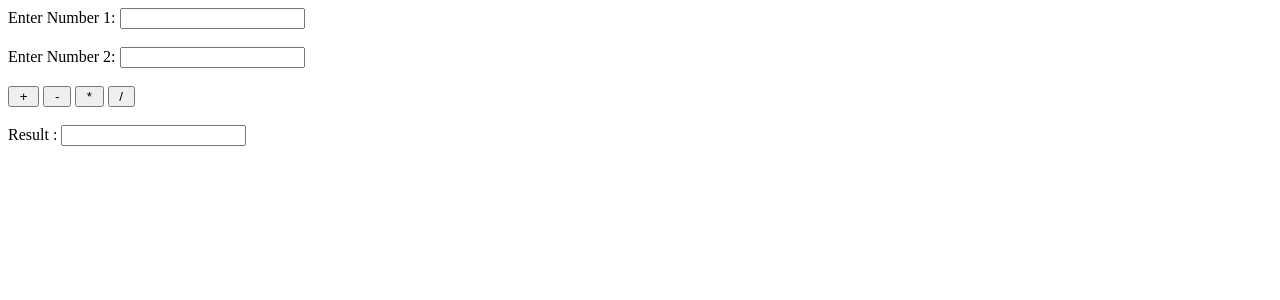
Repository: nyeinsu4520/coursera-test
Page: http://localhost/J2P_J2EE/calculate.jsp
An editor plug-in stored every save of this project. The page is shown before and after a run of saves, followed by the edit.
The browser window is 1280 px wide. The pictures show the whole page.
The page is served by Tomcat 9.

Above is the page before, as saved 2024-05-26 11:35:23.

After the next 2 saves:
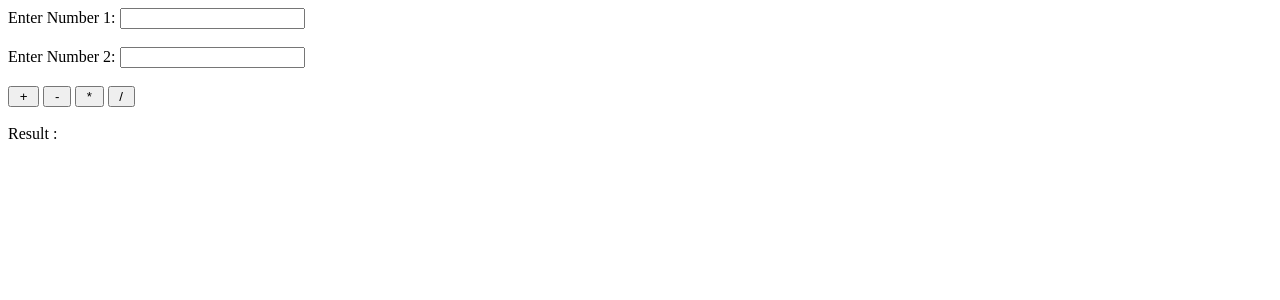
The 2 saves are shown as one change because 1 did not build or start.
The last was saved 49 s later.
--- a/J2P_J2EE/src/main/webapp/calculate.jsp
+++ b/J2P_J2EE/src/main/webapp/calculate.jsp
@@ -66,7 +66,7 @@
 		<br><br>
 		<label>Result : </label>
 
-		<input type="text" name="result" readonly value="<%=request.getAttribute("result") !=null ? request.getAttribute("result"): " " %>">
+		<input type="text" name="result" readonly value="<%=request.getAttribute("result") %>>
 	</form>
 </body>
 </html>
